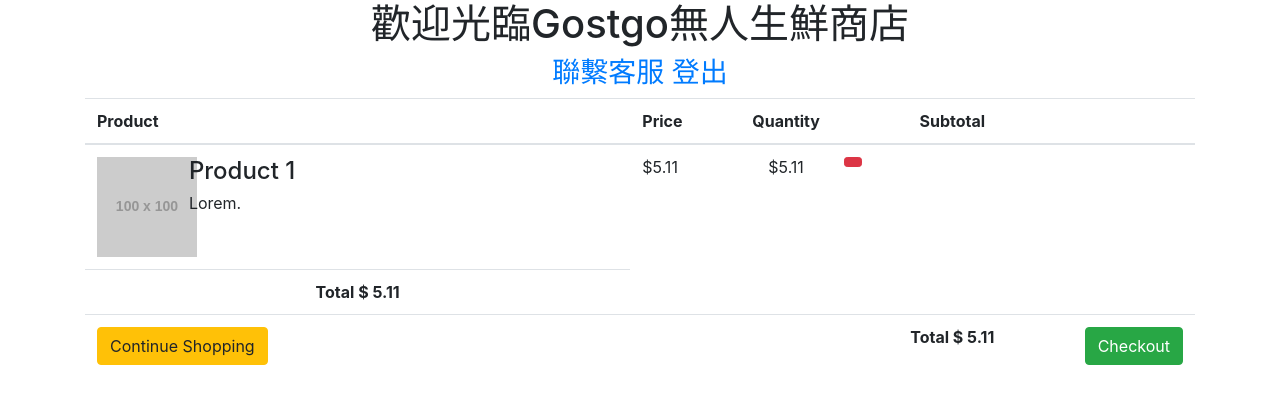
Repository: powerspd/III_AIOT05_team3_project
Page: http://localhost/this_is_demo/shopping.jsp
An editor plug-in stored every save of this project. The page is shown before and after the next save, followed by the edit.
The browser window is 1280 px wide. The pictures show the whole page.
The page is served by Tomcat 9. Other server files are loaded and not shown. The template is opened directly, without the code that normally fills it, so the values that code supplies are empty.

Above is the page before, as saved 2020-01-25 06:38:17.

### JavaWeb_Workspace/this_is_demo/WebContent/shopping.jsp
<%@ page language="java" contentType="text/html; charset=UTF-8" pageEncoding="UTF-8"%>
<%@ taglib uri="http://java.sun.com/jsp/jstl/core" prefix="c" %>
<html>
<head>
	<meta http-equiv="Content-Type" content="text/html; charset=utf-8">
	<title>使用者管理系統</title>

	<link rel="stylesheet" href="https://maxcdn.bootstrapcdn.com/bootstrap/4.4.1/css/bootstrap.min.css">
  	<script src="https://ajax.googleapis.com/ajax/libs/jquery/3.4.1/jquery.min.js"></script>
  	<script src="https://cdnjs.cloudflare.com/ajax/libs/popper.js/1.16.0/umd/popper.min.js"></script>
  	<script src="https://maxcdn.bootstrapcdn.com/bootstrap/4.4.1/js/bootstrap.min.js"></script>
</head>
<body>
<div align="center" class="table-users">
<div class="header">
<h1>歡迎光臨Gostgo無人生鮮商店</h1>
<div></div>
<h3>
<a href="AccountServlet"><c:out value="${user.name}"/></a>
<a href="ServiceServlet">聯繫客服</a>
<a href="LogoutServlet">登出</a>
</h3>
</div>
<div class="container">
  <table id="cart" class="table table-hover table-condensed">
    <thead>
      <tr>
        <th style="width:50%">Product</th>
        <th style="width:10%">Price</th>
        <th style="width:8%">Quantity</th>
        <th style="width:22%" class="text-center">Subtotal</th>
        <th style="width:10%"></th>
      </tr>
    </thead>
    <tbody>
      <tr>
        <td data-th="Product">
          <div class="row">
            <div class="col-sm-2 hidden-xs"><img src="http://placehold.it/100x100" alt="..." class="img-responsive" /></div>
            <div class="col-sm-10">
              <h4 class="nomargin">Product 1</h4>
              <p>Lorem.</p>
            </div>
          </div>
        </td>
        <td data-th="Price">$5.11</td>

        <td data-th="Subtotal" class="text-center">$5.11</td>
        <td class="actions" data-th="">
          <button class="btn btn-danger btn-sm"><i class="fa fa-trash-o"></i></button>
        </td>
      </tr>
    </tbody>
    <tfoot>
      <tr class="visible-xs">
        <td class="text-center"><strong>Total $ 5.11</strong></td>
      </tr>
      <tr>
        <td><a href="#" class="btn btn-warning"><i class="fa fa-angle-left"></i> Continue Shopping</a></td>
        <td colspan="2" class="hidden-xs"></td>
        <td class="hidden-xs text-center"><strong>Total $ 5.11</strong></td>
        <td><a href="#" class="btn btn-success btn-block">Checkout <i class="fa fa-angle-right"></i></a></td>
      </tr>
    </tfoot>
  </table>
</div>



<c:forEach var="user" items="${listItem}">
<div class="item">
<div class="buttons">
<span class="delete-btn"></span>
</div>

<div class="image">
<img src="/.....path_name...../<c:out value='${item.imno}'/>" alt="" />
</div>

<div class="description">
<span><c:out value="${item.name}"/></span>
<span><c:out value="${item.unitPrice}"/> 元</span>
</div>

<div class="total-price"> NT <c:out value="${item.totalPrice}"/></div>
</div>
</c:forEach>
</div>
</div>

</body>
</html>

After the next save:
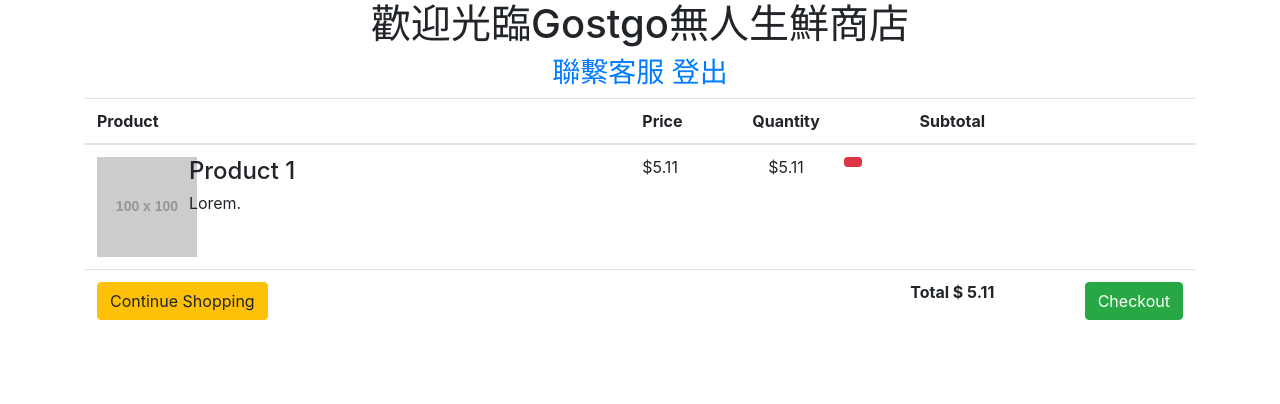
Saved 28 s later.
--- a/JavaWeb_Workspace/this_is_demo/WebContent/shopping.jsp
+++ b/JavaWeb_Workspace/this_is_demo/WebContent/shopping.jsp
@@ -52,9 +52,6 @@
       </tr>
     </tbody>
     <tfoot>
-      <tr class="visible-xs">
-        <td class="text-center"><strong>Total $ 5.11</strong></td>
-      </tr>
       <tr>
         <td><a href="#" class="btn btn-warning"><i class="fa fa-angle-left"></i> Continue Shopping</a></td>
         <td colspan="2" class="hidden-xs"></td>
